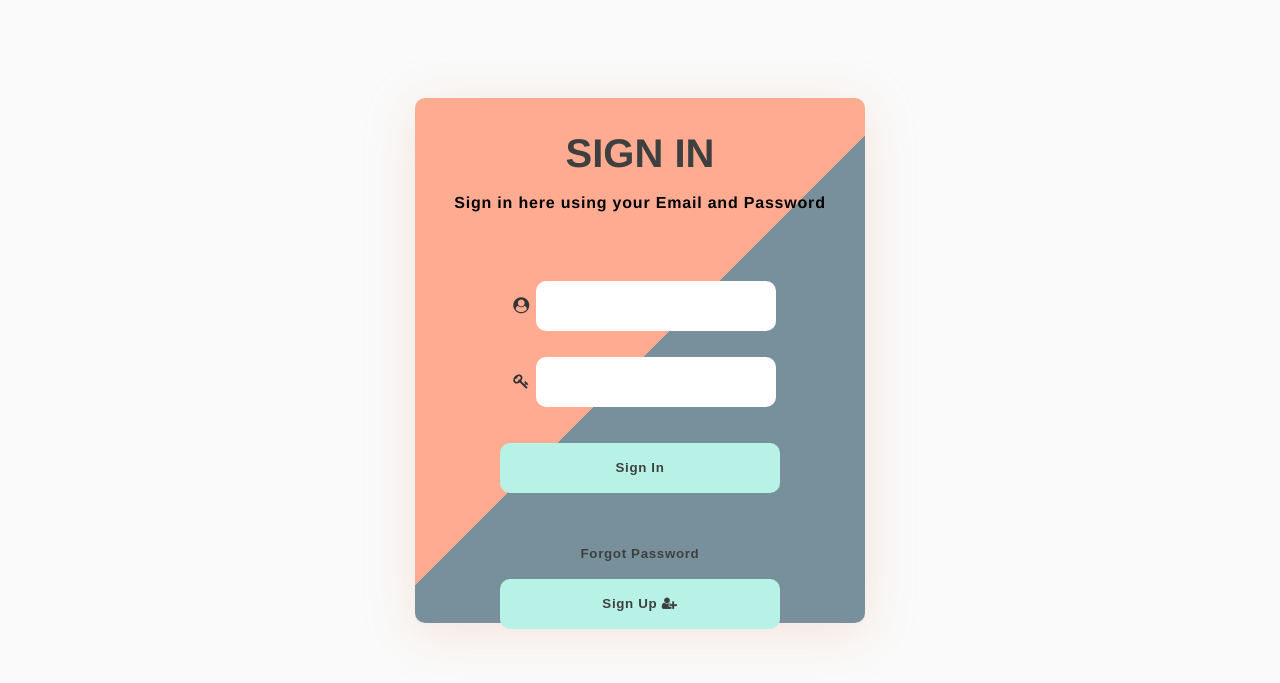
Repository: DhanushPrabha22/Zoho-Mini-Project
Page: http://localhost/ToDo_List/
These files come from the project's save history. The page is drawn as it stood at one moment and after the next save; the edit follows.
The browser window is 1280 px wide. The pictures show the whole page.
Some web libraries are served in a nearby version. The page is served by Tomcat 9. Other server files are loaded and not shown.

Above is the page before, as saved 2021-03-17 06:07:20.

### Todo Eclipse/ToDo_List/WebContent/sign_in.jsp
<!--

index.jsp

java version "1.8.0_45"

Created By Dhanush L

-->

<%@taglib uri="http://struts.apache.org/tags-html" prefix="html"%>

<!DOCTYPE html>
<html>
<head>
	<title>Sign in for your Tasks</title>
	<link rel="stylesheet" type="text/css" href="styles/sign_in.css" />
	<link rel="stylesheet" href="https://cdnjs.cloudflare.com/ajax/libs/font-awesome/4.7.0/css/font-awesome.min.css">
	<script src="https://ajax.googleapis.com/ajax/libs/jquery/2.1.1/jquery.min.js"></script>
	<script src="scripts/sign_in.js"></script>
</head>
<body>
	<div class="main-div">
		<!--   con = Container  for items in the form-->
		<div class="con">
			<!--     Start  header Content  -->
			<header class="head-form">
				<h2>SIGN IN</h2>
				<!--     A welcome message or an explanation of the login form -->
				<br>
				<p><b>Sign in here using your Email and Password</b></p>
			</header>
			<br>
			<div class="field-set">
				<html:form action="signingin" method="post">
					<!--user name -->
					<html:errors property="email_e"/><br>
					<span class="input-item"><i class="fa fa-user-circle"></i></span>
					<html:text styleClass="form-input" property="email"/><br>
					<!--Password -->
					<html:errors property="password_e"/><br>
					<span class="input-item"><i class="fa fa-key"></i></span>
					<html:password styleClass="form-input" property="password"/>
					<br><br><br>
					<html:submit styleClass="sign-up button" value="Sign In"/>
				</html:form>
				<br><br>
				<!--   other buttons -->
				<div class="other">
					<!--      Forgot Password button-->
					<button class="button frgt-pass" onclick="frogotPwd()">Forgot Password</button>
					<!--     Sign Up button -->
					<button class="button sign-up" onclick="create_account()">Sign Up
					<!--         Sign Up font icon -->
					<i class="fa fa-user-plus" aria-hidden="true"></i>
					</button>
					<!--      End Other the Division -->
				</div>
			</div>
		<!--   End Container  -->
		</div>
	<!-- End Form -->
	</div>
</body>
</html>

### Todo Eclipse/ToDo_List/WebContent/styles/sign_in.css

* {
    padding: 0;
    margin: 0;
    box-sizing: border-box;
}

body {
  font-family: Helvetica, san-serif;
  overflow-x: hidden;
  overflow-y: hidden;
  background-color: #fafafa;
}

.main-div{
	box-shadow: 0 9px 50px hsla(20, 67%, 75%, 0.31);
	position: absolute;
	margin: auto;
  	top: 0;
  	right: 0;
  	bottom: 0;
  	left: 0;
	width: 450px;
	background-image: linear-gradient(-225deg, #FFAB91 50%, #78909C 50%);
    height: 525px;
	text-align:center;
    border-radius: 10px;
    padding: 2%;
}

.field-set{
	margin-top: -15px;
}

.other{
	margin: 0 auto;
	display: inline;
}

/* the header form form */
header {
    margin: 2% auto 10% auto;
    text-align: center;
}
/* Login title form form */
header h2 {
    font-size: 250%;
    color: #3e403f;
}
/*  A welcome message or an explanation of the login form */
header p {letter-spacing: 0.05em;}


.input-item {
    background: transparent;
    color: #333;
    padding: 14.5px 0px 15px 9px;
    margin-right: 2px;
}


/* inputs form  */
.form-input{
    width: 240px;
    height: 50px;
    margin-top: 2%;
    padding: 15px;
    font-size: 16px;
    font-family: 'Abel', sans-serif;
    color: #5E6472;
    outline: none;
    border: none;
    border-radius: 10px;
    transition: 0.2s linear;

}

.form-input:focus {
    transform: translateX(-2px);
    border-radius: 5px;
}


.button {
    display: inline-block;
    color: #3e403f;
    width: 280px;
    height: 50px;
    padding: 0 20px;
    background: #fff;
    border-radius: 10px;
    outline: none;
    border: none;
    cursor: pointer;
    text-align: center;
    transition: all 0.2s linear;
    font-weight: bold;
    margin: 0 auto;
    letter-spacing: 0.05em;
}
/* Submits */
.submits {
    width: 48%;
    display: inline-block;
    float: left;
    margin-left: 2%;
}

/* Forgot Password button FAF3DD  */
.frgt-pass {background: transparent;}

/*     Sign Up button  */
.sign-up {background: #B8F2E6;}


/* buttons hover */
.button:hover {
    transform: translatey(3px);
    box-shadow: none;
}

/* buttons hover Animation */
.button:hover {
    animation: ani9 0.4s ease-in-out infinite alternate;
}
@keyframes ani9 {
    0% {
        transform: translateY(3px);
    }
    100% {
        transform: translateY(5px);
    }
}

Loaded but not shown: Todo Eclipse/ToDo_List/WebContent/scripts/sign_in.js (no copy from this time; the picture is the same without it)

After the next save:
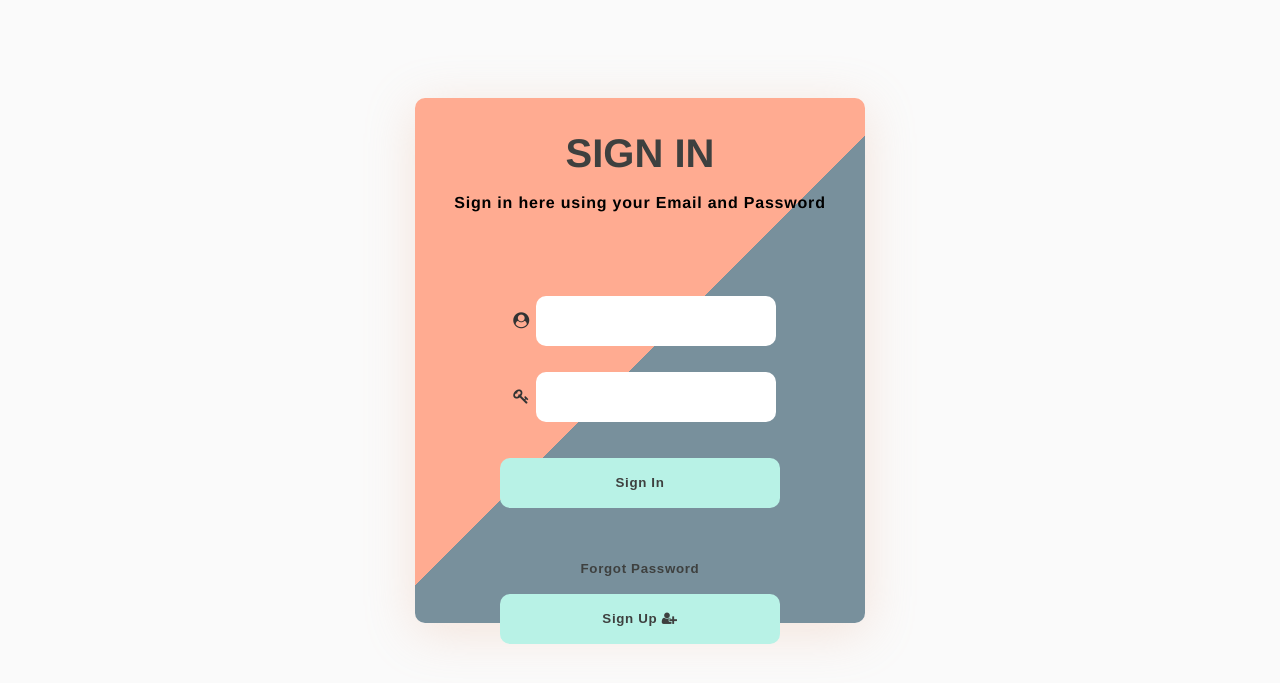
Saved 66 s later.
--- a/Todo Eclipse/ToDo_List/WebContent/styles/sign_in.css
+++ b/Todo Eclipse/ToDo_List/WebContent/styles/sign_in.css
@@ -30,6 +30,8 @@
 
 .field-set{
 	margin-top: -15px;
+	margin: 0 auto;
+	display: inline;
 }
 
 .other{

After the save that followed:
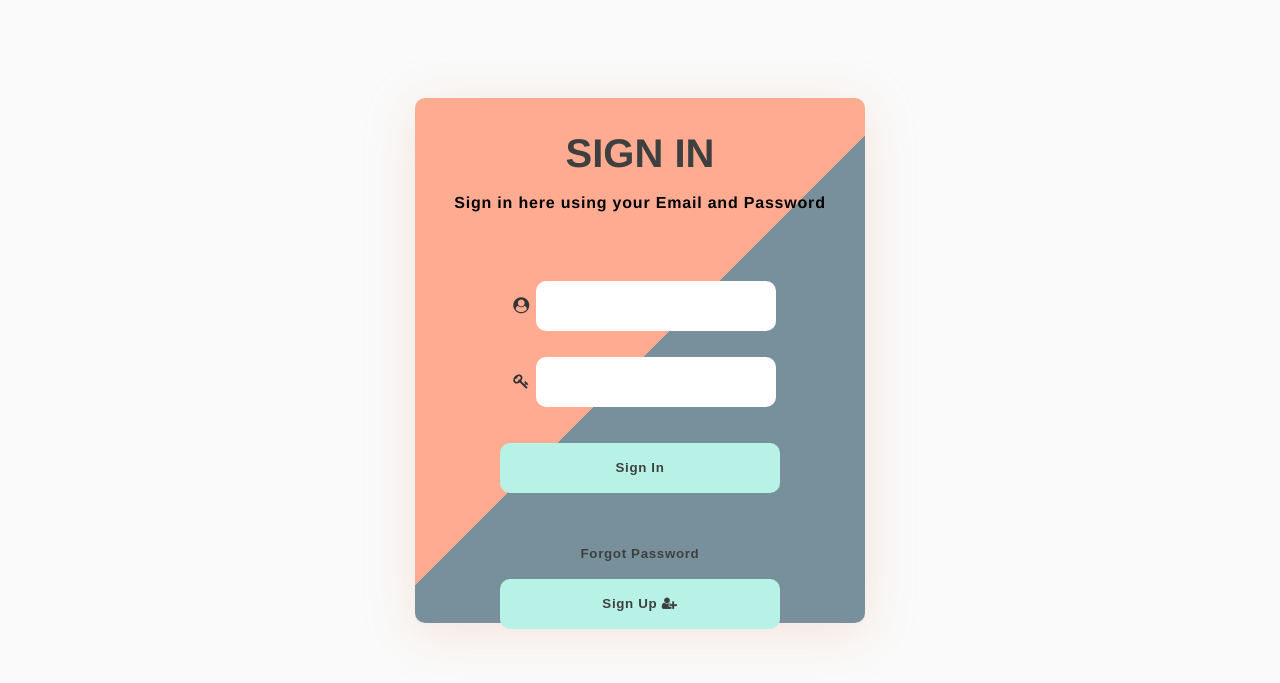
Saved 14 s later.
--- a/Todo Eclipse/ToDo_List/WebContent/styles/sign_in.css
+++ b/Todo Eclipse/ToDo_List/WebContent/styles/sign_in.css
@@ -30,13 +30,10 @@
 
 .field-set{
 	margin-top: -15px;
-	margin: 0 auto;
-	display: inline;
 }
 
 .other{
-	margin: 0 auto;
-	display: inline;
+
 }
 
 /* the header form form */
